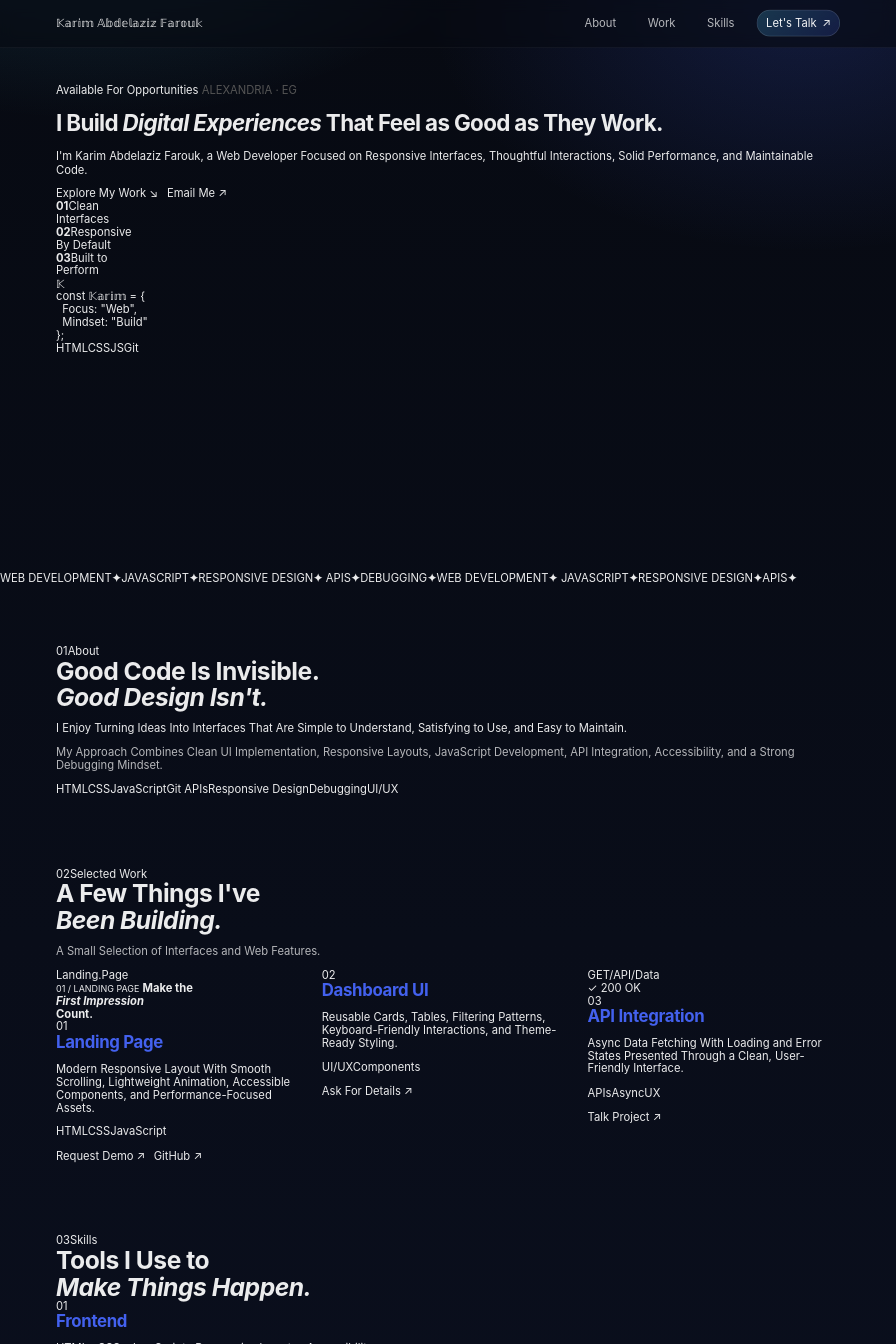
Repository: Karim-Abdelaziz95/Portfolio
Page: index.html
An editor plug-in stored every save of this project. The page is shown before and after the next save, followed by the edit.
The browser window is 1280 px wide. The pictures show the part of the page from y = 0 to 1920 px (the page is 2688 px tall before and 2690 px after), at 70% of full size.

Above is the page before, as saved 2026-09-14 12:38:09.

After the next save:
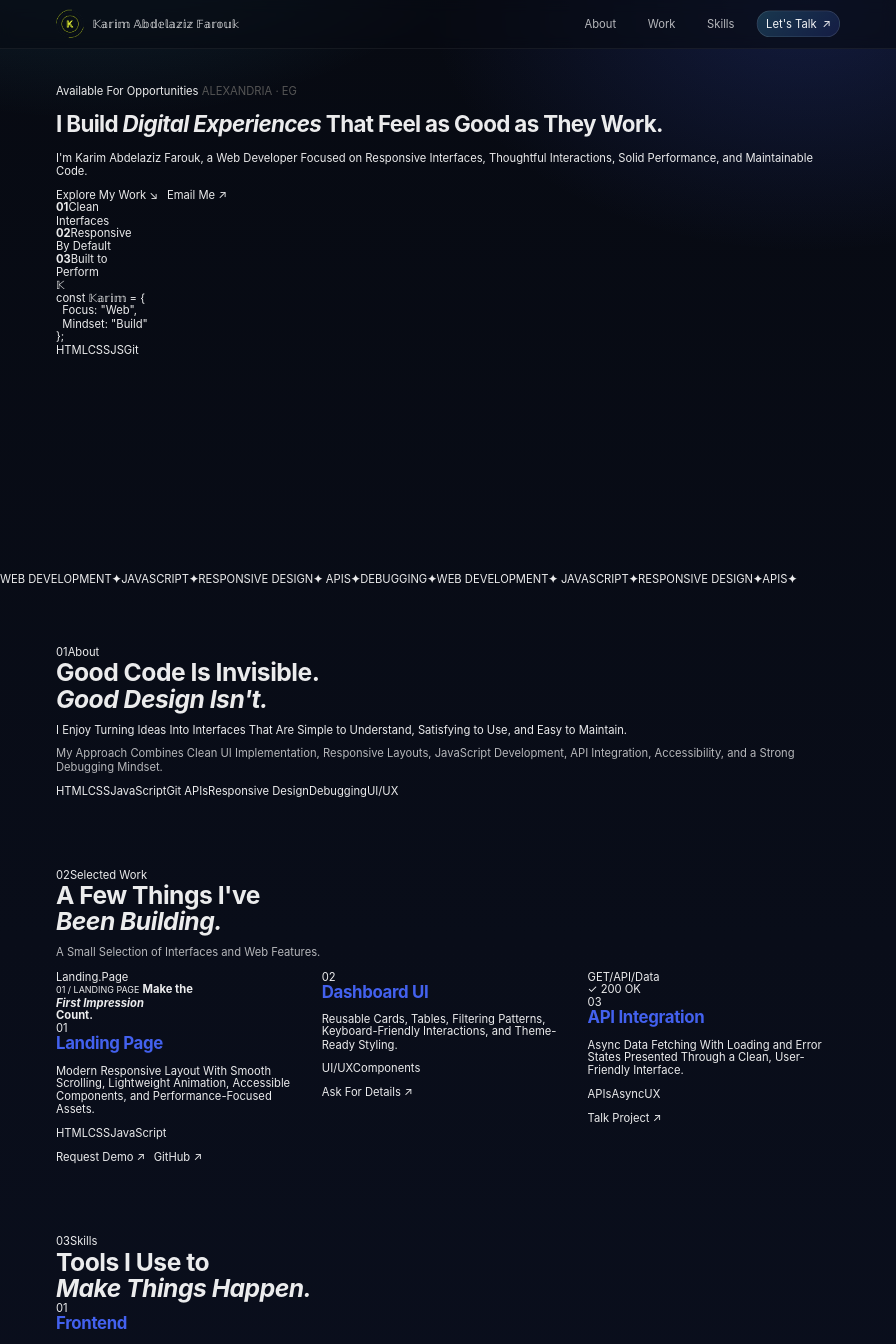
Saved 13 h 16 min later.
--- a/index.html
+++ b/index.html
@@ -18,8 +18,8 @@
   <link rel="stylesheet" href="css/style.css">
   <link rel="stylesheet" href="css/normalize.css">
   <link rel="icon" href="Logo.png" sizes="any">
- <link rel="icon" type="image/png" sizes="192x192" href="Logo.png">
- <link rel="apple-touch-icon" href="Logo.png">
+  <link rel="icon" type="image/png" sizes="192x192" href="Logo.png">
+  <link rel="apple-touch-icon" href="Logo.png">
   <script src="js/script.js" defer></script>
 </head>
 
@@ -32,6 +32,7 @@
   <header class="header">
     <div class="container header__inner">
       <a class="brand" href="#top" aria-label="Karim Abdelaziz home">
+        <img src="Logo.png" alt="Logo" width="40" height="40">
         <span>𝕂𝕒𝕣𝕚𝕞 𝔸𝕓𝕕𝕖𝕝𝕒𝕫𝕚𝕫 𝔽𝕒𝕣𝕠𝕦𝕜</span>
       </a>
 
